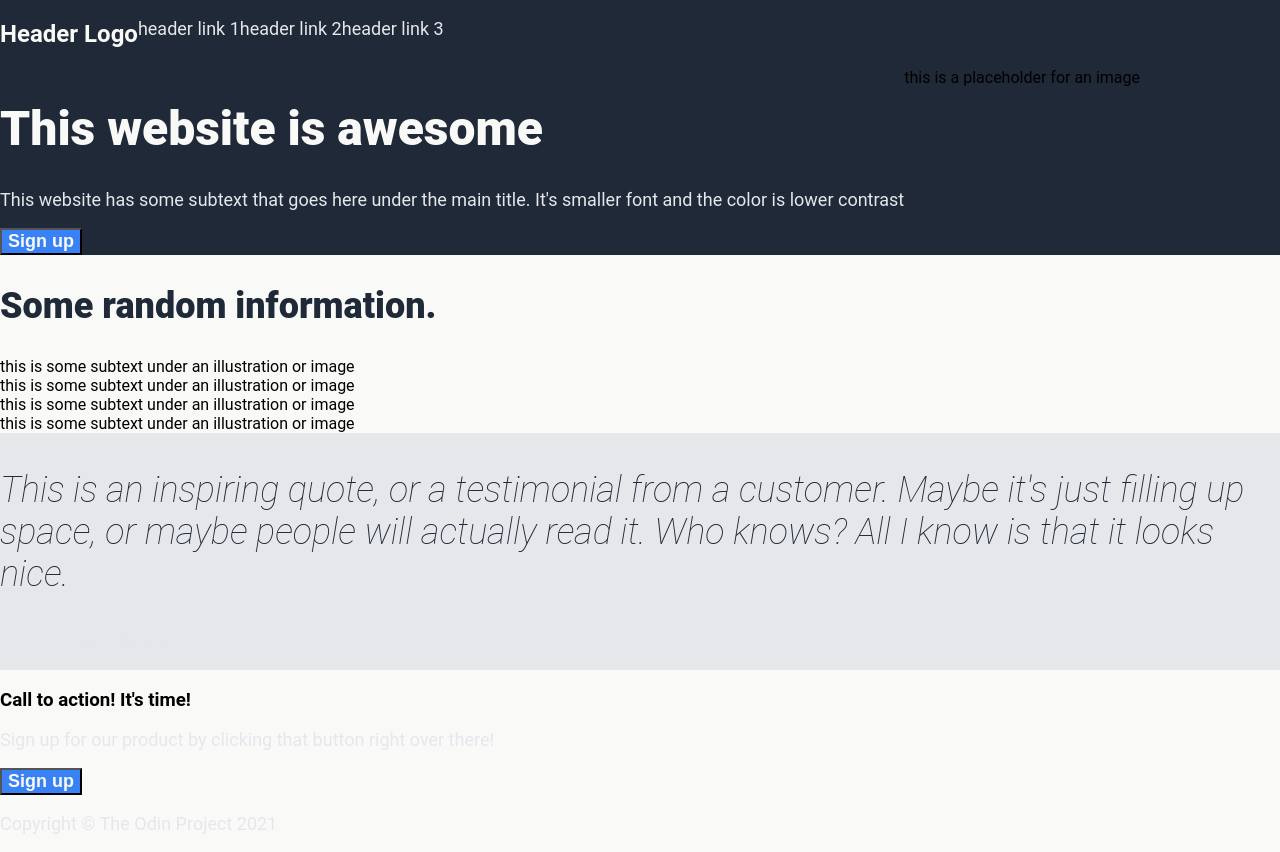
Repository: rsoetydev/landing-page
Page: index.html
An editor plug-in stored every save of this project. The page is shown before and after the next save, followed by the edit.
The browser window is 1280 px wide. The pictures show the whole page.

Above is the page before, as saved 2023-11-27 15:52:02.

After the next save:
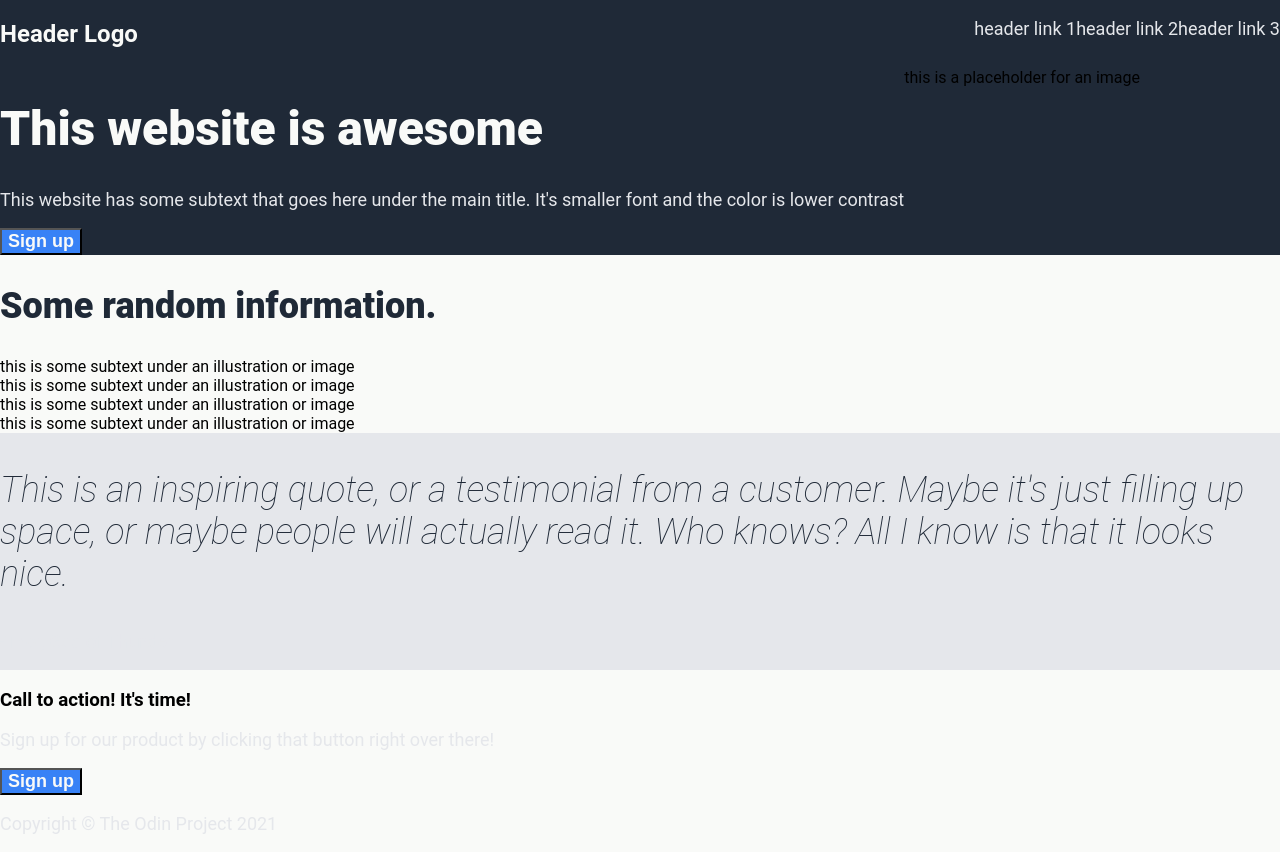
Saved 28 s later.
--- a/style.css
+++ b/style.css
@@ -59,6 +59,10 @@ button{
     background-color: var(--dark);
 }
 
+.header-logo{
+flex:1;
+}
+
 .hero{
     display:flex;
     background-color: var(--dark);
